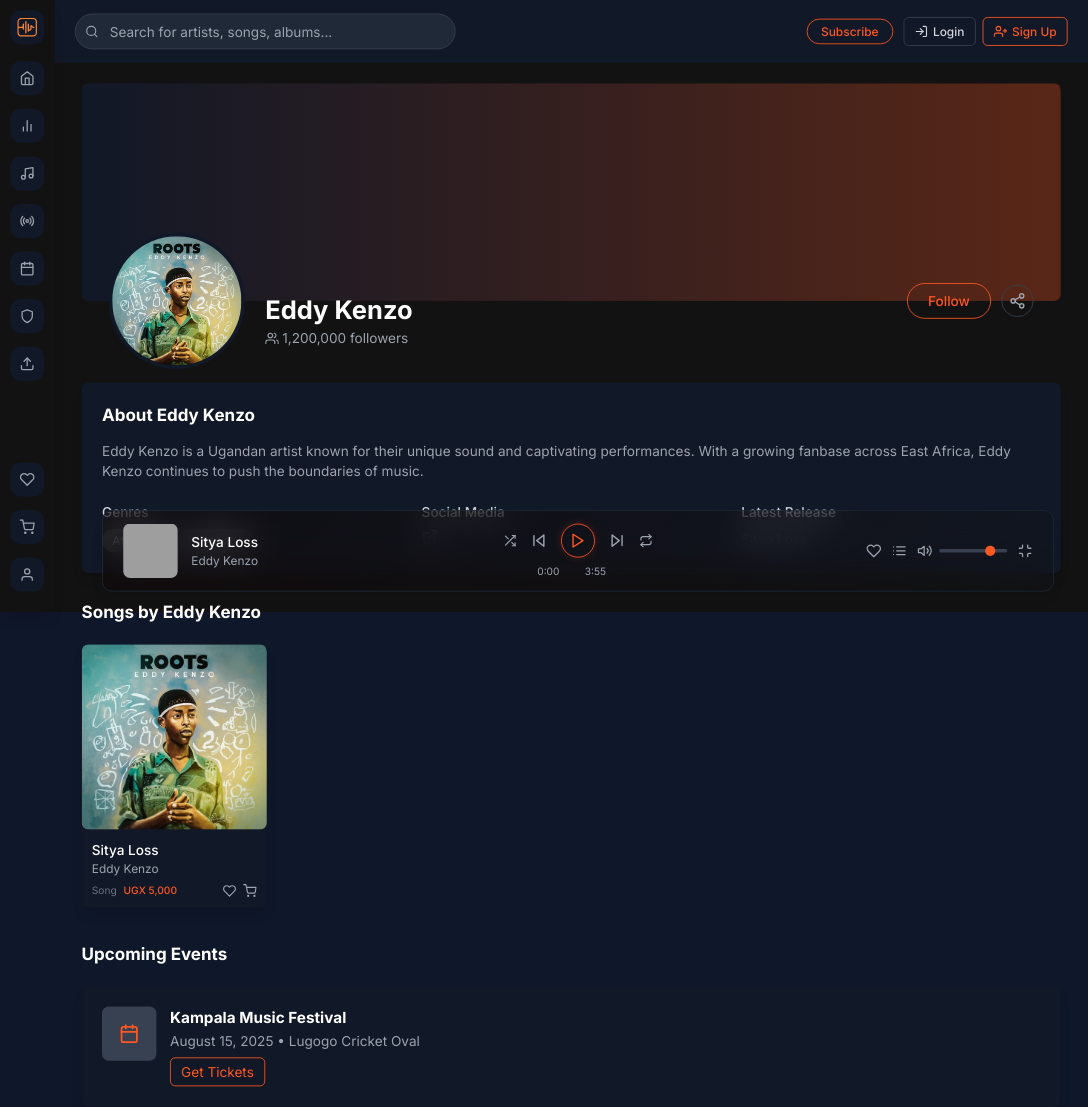
Repository: kaizoku010/sauti-box
Page: /artists/1
The author's editor kept a copy of each file at every save. The page is drawn from the files as they stood at one save, then again after the next save.
The browser window is 1280 px wide. The pictures show the whole page, at 85% of full size.
Pictures or frames that could not be fetched are drawn as grey boxes. An inner scrolling area shows only its first screen. The project was rebuilt for these pictures with package versions that can differ from the ones it lists, and the page was loaded fresh each time. The framework's server and built-in components were replaced by stand-ins that run in the browser. Also part of the build but not shown: next.config.mjs, next.config.ts, src/components/PaymentModal.tsx.

Above is the page before, as saved 2025-04-20 22:00:10.

### src/app/layout.tsx
import type { Metadata } from "next";
import { Inter } from "next/font/google";
import "./globals.css";

const inter = Inter({
  subsets: ["latin"],
  variable: "--font-inter",
});

export const metadata: Metadata = {
  title: "MusicHub Uganda",
  description: "Your Music, Your Rights, Your Revenue",
};

export default function RootLayout({
  children,
}: Readonly<{
  children: React.ReactNode;
}>) {
  return (
    <html lang="en">
      <body className={`${inter.variable} antialiased`}>
        {children}
      </body>
    </html>
  );
}

### src/app/globals.css
@tailwind base;
@tailwind components;
@tailwind utilities;

:root {
  --background: #0F172A;
  --foreground: #F8FAFC;
  --primary: #3B82F6;
  --secondary: #10B981;
  --accent: #8B5CF6;
}

body {
  background: var(--background);
  color: var(--foreground);
  font-family: 'Inter', sans-serif;
}

@layer components {
  .sidebar-icon {
    @apply relative flex items-center justify-center mt-2 mb-2 mx-auto
    bg-gray-900 text-gray-400 hover:text-primary
    rounded-xl transition-all duration-300 ease-linear cursor-pointer;
    height: 2.5rem;
    width: 2.5rem;
  }

  .sidebar-icon.active {
    @apply text-primary;
    box-shadow: 0 0 0 2px rgba(255, 87, 34, 0.2);
  }

  .sidebar-tooltip {
    @apply absolute w-auto p-2 m-2 min-w-max left-14 rounded-md shadow-md
    text-white bg-gray-900 text-xs font-bold transition-all duration-100 origin-left;
    transform: scale(0);
  }

  .btn-primary {
    border-radius: 30px !important;
    font-size: 0.8rem !important;
    @apply px-4 py-2 bg-transparent text-primary border border-primary rounded-md hover:bg-primary/10 transition-colors;
  }

  .btn-secondary {
    border-radius: 30px !important;
    font-size: 0.8rem !important;
    @apply px-4 py-2 bg-transparent text-gray-300 border border-gray-700 rounded-md hover:border-primary hover:text-primary transition-colors;
  }

  .btn{
    border-radius: 30px !important;
    font-size: 0.8rem !important;
  }

  .card {
    @apply bg-gray-900 rounded-lg overflow-hidden shadow-lg hover:shadow-xl transition-shadow;
  }

  /* Glass effect for music player */
  .glass-effect {
    @apply backdrop-filter backdrop-blur-xl border border-gray-800;
    background: linear-gradient(135deg, rgba(0, 0, 0, 0.5) 0%, rgba(20, 20, 20, 0.3) 100%);
    box-shadow: 0 8px 32px rgba(0, 0, 0, 0.3), inset 0 0 0 1px rgba(255, 87, 34, 0.15);
    position: relative;
    backdrop-filter: blur(20px) !important;
  }

  .glass-effect::before {
    content: '';
    position: absolute;
    top: 0;
    left: 0;
    right: 0;
    bottom: 0;
    background: linear-gradient(135deg, rgba(255, 87, 34, 0.03) 0%, transparent 100%);
    pointer-events: none;
    z-index: -1;
    border-radius: inherit;
  }

  /* Dropdown styles */
  .dropdown {
    @apply relative inline-block;
  }

  .dropdown-content {
    @apply hidden absolute right-0 mt-2 w-48 bg-gray-800 rounded-md shadow-lg z-50;
  }

  .dropdown:hover .dropdown-content {
    @apply block;
  }

  /* Hide scrollbar for carousel */
  .scrollbar-hide, .no-scrollbar {
    -ms-overflow-style: none;  /* IE and Edge */
    scrollbar-width: none;  /* Firefox */
  }

  .scrollbar-hide::-webkit-scrollbar, .no-scrollbar::-webkit-scrollbar {
    display: none; /* Chrome, Safari, Opera */
  }

  /* Particle animation for hero section */
  @keyframes float {
    0% {
      transform: translateY(0) translateX(0);
      opacity: 0;
    }
    50% {
      opacity: 1;
    }
    100% {
      transform: translateY(-100px) translateX(20px);
      opacity: 0;
    }
  }
}

### src/components/MainLayout.tsx
"use client";

import React, { ReactNode, useState, useEffect } from 'react';
import Sidebar from './Sidebar';
import Header from './Header';
import MusicPlayer from './MusicPlayer';
import { MusicPlayerProvider } from '../context/MusicPlayerContext';

interface MainLayoutProps {
  children: ReactNode;
}

const MainLayout: React.FC<MainLayoutProps> = ({ children }) => {
  const [isMobile, setIsMobile] = useState(false);

  // Check if we're on mobile when component mounts and when window resizes
  useEffect(() => {
    const checkIfMobile = () => {
      setIsMobile(window.innerWidth < 768);
    };

    // Initial check
    checkIfMobile();

    // Add event listener for window resize
    window.addEventListener('resize', checkIfMobile);

    // Cleanup
    return () => window.removeEventListener('resize', checkIfMobile);
  }, []);

  // Music player is now managed through context

  return (
    <MusicPlayerProvider>
      <div className="flex h-screen bg-background text-white">
        <Sidebar />

        <div className={`flex-1 ${!isMobile ? 'ml-16' : 'ml-0'}`}>
          <Header />

          <main className="p-6 h-[calc(100vh-64px)]">
            {children}
          </main>

          <MusicPlayer />
        </div>
      </div>
    </MusicPlayerProvider>
  );
};

export default MainLayout;

### src/components/MusicCard.tsx
"use client";

import React, { useState } from 'react';
import { FiPlay, FiHeart, FiShoppingCart } from 'react-icons/fi';
import Link from 'next/link';
import PaymentModal from './PaymentModal';

interface MusicCardProps {
  id: string;
  title: string;
  artist: string;
  artistId?: string;
  coverImage: string;
  type?: 'song' | 'album' | 'playlist';
  price?: number;
}

const MusicCard: React.FC<MusicCardProps> = ({
  id,
  title,
  artist,
  artistId = '1', // Default to first artist if not provided
  coverImage,
  type = 'song',
  price = 5000 // Default price in UGX if not provided
}) => {
  const [isPaymentModalOpen, setIsPaymentModalOpen] = useState(false);
  const [isLiked, setIsLiked] = useState(false);

  const handleBuyClick = (e: React.MouseEvent) => {
    e.stopPropagation(); // Prevent triggering parent click events
    setIsPaymentModalOpen(true);
  };

  const handlePaymentComplete = () => {
    // Here you would update the user's library
    console.log(`Song ${id} purchased successfully`);
  };

  const toggleLike = (e: React.MouseEvent) => {
    e.stopPropagation();
    setIsLiked(!isLiked);
  };

  return (
    <>
      <div className="card group relative">
        <div className="relative aspect-square overflow-hidden rounded-lg">
          <img
            src={coverImage}
            alt={`${title} by ${artist}`}
            className="object-cover w-full h-full transition-transform duration-300 group-hover:scale-110"
          />
          <div className="absolute inset-0 bg-black bg-opacity-40 opacity-0 group-hover:opacity-100 transition-opacity flex items-center justify-center">
            <button className="w-12 h-12 rounded-full border border-primary flex items-center justify-center text-primary hover:bg-primary/10">
              <FiPlay size={24} />
            </button>
          </div>
        </div>
        <div className="p-3">
          <h3 className="font-medium text-white truncate">{title}</h3>
          <Link href={`/artists/${artistId}`} className="block">
            <p className="text-sm text-gray-400 truncate hover:text-primary">{artist}</p>
          </Link>
          <div className="flex items-center justify-between mt-2">
            <div className="flex items-center">
              <span className="text-xs text-gray-500 capitalize mr-2">{type}</span>
              {price > 0 && (
                <span className="text-xs font-medium text-primary">UGX {price.toLocaleString()}</span>
              )}
            </div>
            <div className="flex items-center space-x-2">
              <button
                onClick={toggleLike}
                className={`${isLiked ? 'text-red-500' : 'text-gray-400 hover:text-red-500'} transition-colors`}
              >
                <FiHeart size={16} />
              </button>
              {type === 'song' && price > 0 && (
                <button
                  onClick={handleBuyClick}
                  className="text-gray-400 hover:text-primary transition-colors"
                  title="Buy song"
                >
                  <FiShoppingCart size={16} />
                </button>
              )}
            </div>
          </div>
        </div>
      </div>

      {isPaymentModalOpen && (
        <PaymentModal
          isOpen={isPaymentModalOpen}
          onClose={() => setIsPaymentModalOpen(false)}
          songId={id}
          artistId={artistId}
          songTitle={title}
          artistName={artist}
          price={price}
          coverImage={coverImage}
          onPaymentComplete={handlePaymentComplete}
        />
      )}
    </>
  );
};

export default MusicCard;

### src/data/mockData.ts
// Mock data for MusicHub Uganda app

// Mock data for MusicHub Uganda app
import Image1 from "../images/1.jpg";
import Image2 from "../images/2.jpg";
import Image3 from "../images/3.jpg";
import Image4 from "../images/B.jpg";
import Image5 from "../images/F.jpg";
import Image6 from "../images/n.png";


export const topCharts = [
  {
    id: '1',
    title: 'Sitya Loss',
    artist: 'Eddy Kenzo',
    coverImage: Image1.src,
    type: 'song'
  },
  {
    id: '2',
    title: 'Stamina',
    artist: 'Fik Fameica',
    coverImage: Image2.src,
    type: 'song'
  },
  {
    id: '3',
    title: 'Love Yo',
    artist: 'Sheebah Karungi',
    coverImage: Image3.src,
    type: 'song'
  },
  {
    id: '4',
    title: 'Fire Baby',
    artist: 'Winnie Nwagi',
    coverImage: Image2.src,
    type: 'song'
  },
  {
    id: '5',
    title: 'Midnight Drum',
    artist: 'Azawi',
    coverImage: Image2.src,
    type: 'song'
  }
];

export const upcomingEvents = [
  {
    id: '1',
    title: 'Nyege Nyege Festival',
    date: 'Sep 15, 2025',
    location: 'Jinja, Uganda',
    image: Image6.src,
    price: 'UGX 150,000'
  },
  {
    id: '2',
    title: 'Kampala Music Festival',
    date: 'Aug 5, 2025',
    location: 'Lugogo Cricket Oval',
    image: Image4.src,
    price: 'UGX 80,000'
  },
  {
    id: '3',
    title: 'Blankets & Wine',
    date: 'Jul 12, 2025',
    location: 'Lugogo Cricket Oval',
    image: Image5.src,
    price: 'UGX 100,000'
  }
];

export const newReleases = [
  {
    id: '6',
    title: 'Slow Down',
    artist: 'Azawi',
    coverImage: Image2.src,
    type: 'song'
  },
  {
    id: '7',
    title: 'Party',
    artist: 'Vinka',
    coverImage: Image3.src,
    type: 'song'
  },
  {
    id: '8',
    title: 'All Night',
    artist: 'Fik Fameica',
    coverImage: Image2.src,
    type: 'song'
  },
  {
    id: '9',
    title: 'Yo Sweet',
    artist: 'Sheebah Karungi',
    coverImage: Image3.src,
    type: 'song'
  },
  {
    id: '10',
    title: 'Burn',
    artist: 'John Blaq',
    coverImage: Image2.src,
    type: 'song'
  }
];

export const featuredArtists = [
  {
    id: '1',
    name: 'Eddy Kenzo',
    image: Image1.src,
    followers: 1200000
  },
  {
    id: '2',
    name: 'Sheebah',
    image: Image3.src,
    followers: 980000
  },
  {
    id: '3',
    name: 'Azawi',
    image: Image2.src,
    followers: 750000
  },
  {
    id: '4',
    name: 'Fik Fameica',
    image: Image2.src,
    followers: 820000
  },
  {
    id: '5',
    name: 'Winnie Nwagi',
    image: Image4.src,
    followers: 680000
  },
  {
    id: '6',
    name: 'Spice Diana',
    image: Image3.src,
    followers: 720000
  }
];

export const topAlbums = [
  {
    position: 1,
    id: '1',
    title: 'Stamina',
    artist: 'Fik Fameica',
    coverImage: Image2.src,
    releaseDate: '2025',
    isLiked: true
  },
  {
    position: 2,
    id: '2',
    title: 'African Music',
    artist: 'Eddy Kenzo',
    coverImage: Image1.src,
    releaseDate: '2024',
    isLiked: false
  },
  {
    position: 3,
    id: '3',
    title: 'Samali',
    artist: 'Azawi',
    coverImage: Image2.src,
    releaseDate: '2025',
    isLiked: true
  },
  {
    position: 4,
    id: '4',
    title: 'Fire',
    artist: 'Winnie Nwagi',
    coverImage: Image4.src,
    releaseDate: '2024',
    isLiked: false
  },
  {
    position: 5,
    id: '5',
    title: 'Queen Karma',
    artist: 'Sheebah',
    coverImage: Image3.src,
    releaseDate: '2025',
    isLiked: false
  },
  {
    position: 6,
    id: '6',
    title: 'Amapiano',
    artist: 'Vinka',
    coverImage: Image3.src,
    releaseDate: '2024',
    isLiked: true
  }
];

export const bestPlaylists = [
  {
    id: '1',
    title: 'Ugandan Hits 2025',
    coverImage: Image3.src,
    songCount: 25
  },
  {
    id: '2',
    title: 'Kampala Party Mix',
    coverImage: Image3.src,
    songCount: 18
  },
  {
    id: '3',
    title: 'Ugandan Classics',
    coverImage: Image3.src,
    songCount: 30
  },
  {
    id: '4',
    title: 'New Wave Uganda',
    coverImage: Image3.src,
    songCount: 15
  }
];

export const liveRadioStations = [
  {
    id: '1',
    name: 'Capital FM',
    coverImage: Image3.src,
    frequency: '91.3 FM'
  },
  {
    id: '2',
    title: 'Radio City',
    coverImage: Image3.src,
    frequency: '97.3 FM'
  },
  {
    id: '3',
    title: 'Galaxy FM',
    coverImage: Image3.src,
    frequency: '100.2 FM'
  },
  {
    id: '4',
    title: 'XFM',
    coverImage: Image3.src,
    frequency: '94.8 FM'
  },
  {
    id: '5',
    title: 'Sanyu FM',
    coverImage: Image3,
    frequency: '88.2 FM'
  }
];

### src/components/Header.tsx
"use client";

import React, { useState } from 'react';
import { FiSearch, FiBell, FiUser, FiShoppingCart, FiLogIn, FiUserPlus, FiMusic } from 'react-icons/fi';
import Link from 'next/link';

const Header = () => {
  const [isLoggedIn, setIsLoggedIn] = useState(false);
  const [cartCount, setCartCount] = useState(0);

  return (
    <header className="flex items-center justify-between px-6 py-4 bg-gray-900 text-white">
      <div className="flex-1">
        <div className="relative">
          <input
            type="text"
            placeholder="Search for artists, songs, albums..."
            className="w-full max-w-md px-4 py-2 pl-10 bg-gray-800 rounded-full text-white focus:outline-none focus:ring-2 focus:ring-primary border border-gray-700"
          />
          <FiSearch className="absolute left-3 top-1/2 transform -translate-y-1/2 text-gray-400" />
        </div>
      </div>

      <div className="flex items-center space-x-3">
        <Link href="/subscribe" className="px-4 py-1 border border-primary text-primary rounded-full text-sm font-medium hidden sm:block hover:bg-primary/10">
          Subscribe
        </Link>

        {isLoggedIn ? (
          <>
            <Link href="/cart" className="relative p-2 rounded-full hover:bg-gray-700">
              <FiShoppingCart size={20} />
              {cartCount > 0 && (
                <span className="absolute -top-1 -right-1 w-5 h-5 border border-primary text-primary rounded-full text-xs flex items-center justify-center">
                  {cartCount}
                </span>
              )}
            </Link>

            <button className="relative p-2 rounded-full hover:bg-gray-700">
              <FiBell size={20} />
              <span className="absolute top-0 right-0 w-2 h-2 bg-red-500 rounded-full"></span>
            </button>

            <Link href="/profile" className="flex items-center space-x-2">
              <div className="w-8 h-8 rounded-full bg-gray-600 flex items-center justify-center">
                <FiUser size={16} />
              </div>
              <span className="font-medium text-sm hidden md:block">John Doe</span>
            </Link>
          </>
        ) : (
          <div className="flex items-center space-x-2">
            <div className="dropdown dropdown-end">
              <button className="px-3 py-1.5 border border-gray-700 text-gray-300 hover:border-primary hover:text-primary rounded-md text-sm font-medium flex items-center">
                <FiLogIn className="mr-1.5" size={16} />
                <span className="hidden sm:inline">Login</span>
              </button>
              <div className="dropdown-content hidden group-hover:block absolute right-0 mt-2 w-48 bg-gray-800 rounded-md shadow-lg z-50">
                <Link href="/login" className="block px-4 py-2 hover:bg-gray-700">
                  <FiUser className="inline mr-2" size={16} />
                  User Login
                </Link>
                <Link href="/artist/login" className="block px-4 py-2 hover:bg-gray-700">
                  <FiMusic className="inline mr-2" size={16} />
                  Artist Login
                </Link>
              </div>
            </div>

            <div className="dropdown dropdown-end">
              <button className="px-3 py-1.5 border border-primary text-primary hover:bg-primary/10 rounded-md text-sm font-medium flex items-center">
                <FiUserPlus className="mr-1.5" size={16} />
                <span className="hidden sm:inline">Sign Up</span>
              </button>
              <div className="dropdown-content hidden group-hover:block absolute right-0 mt-2 w-48 bg-gray-800 rounded-md shadow-lg z-50">
                <Link href="/register" className="block px-4 py-2 hover:bg-gray-700">
                  <FiUser className="inline mr-2" size={16} />
                  User Sign Up
                </Link>
                <Link href="/artist/register" className="block px-4 py-2 hover:bg-gray-700">
                  <FiMusic className="inline mr-2" size={16} />
                  Artist Sign Up
                </Link>
              </div>
            </div>
          </div>
        )}
      </div>
    </header>
  );
};

export default Header;

### src/context/MusicPlayerContext.tsx
"use client";

import React, { createContext, useContext, useState, useEffect, ReactNode } from 'react';

interface Song {
  id: string;
  title: string;
  artist: string;
  artistId?: string;
  coverImage: string;
  audioUrl?: string;
  duration: number;
}

interface MusicPlayerContextType {
  currentSong: Song | null;
  isPlaying: boolean;
  isMinimized: boolean;
  setCurrentSong: (song: Song | null) => void;
  setIsPlaying: (isPlaying: boolean) => void;
  togglePlay: () => void;
  toggleMinimize: () => void;
}

const MusicPlayerContext = createContext<MusicPlayerContextType | undefined>(undefined);

export const MusicPlayerProvider: React.FC<{ children: ReactNode }> = ({ children }) => {
  const [currentSong, setCurrentSong] = useState<Song | null>(null);
  const [isPlaying, setIsPlaying] = useState(false);
  const [isMinimized, setIsMinimized] = useState(false);

  // Load minimized state from localStorage on initial render
  useEffect(() => {
    const storedMinimizedState = localStorage.getItem('musicPlayerMinimized');
    if (storedMinimizedState !== null) {
      setIsMinimized(storedMinimizedState === 'true');
    }

    // Initialize with a default song
    setCurrentSong({
      id: '1',
      title: 'Sitya Loss',
      artist: 'Eddy Kenzo',
      artistId: '1',
      coverImage: '/images/1.jpg',
      audioUrl: '/audio/sample.mp3',
      duration: 235 // 3:55 in seconds
    });
  }, []);

  // Save minimized state to localStorage whenever it changes
  useEffect(() => {
    localStorage.setItem('musicPlayerMinimized', isMinimized.toString());
  }, [isMinimized]);

  const togglePlay = () => {
    setIsPlaying(!isPlaying);
  };

  const toggleMinimize = () => {
    setIsMinimized(!isMinimized);
  };

  return (
    <MusicPlayerContext.Provider
      value={{
        currentSong,
        isPlaying,
        isMinimized,
        setCurrentSong,
        setIsPlaying,
        togglePlay,
        toggleMinimize
      }}
    >
      {children}
    </MusicPlayerContext.Provider>
  );
};

export const useMusicPlayer = () => {
  const context = useContext(MusicPlayerContext);
  if (context === undefined) {
    throw new Error('useMusicPlayer must be used within a MusicPlayerProvider');
  }
  return context;
};

Loaded but not shown: tailwind.config.js (34 lines, source omitted); src/components/MusicPlayer.tsx (258 lines, source omitted); src/components/Sidebar.tsx (140 lines, source omitted); src/app/artists/[id]/page.tsx (190 lines, source omitted)

After the next save:
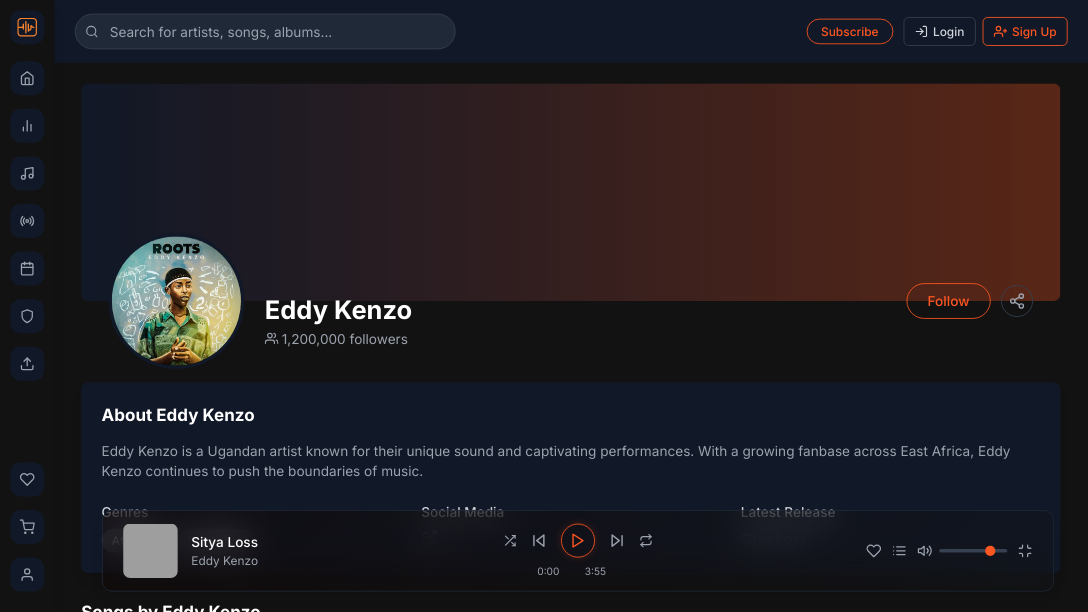
Saved 16 s later.
--- a/src/components/MainLayout.tsx
+++ b/src/components/MainLayout.tsx
@@ -33,13 +33,13 @@
 
   return (
     <MusicPlayerProvider>
-      <div className="flex h-screen bg-background text-white">
+      <div className="flex h-screen bg-background text-white overflow-x-hidden">
         <Sidebar />
 
         <div className={`flex-1 ${!isMobile ? 'ml-16' : 'ml-0'}`}>
           <Header />
 
-          <main className="p-6 h-[calc(100vh-64px)]">
+          <main className="p-6 h-[calc(100vh-64px)] overflow-x-hidden">
             {children}
           </main>
 
